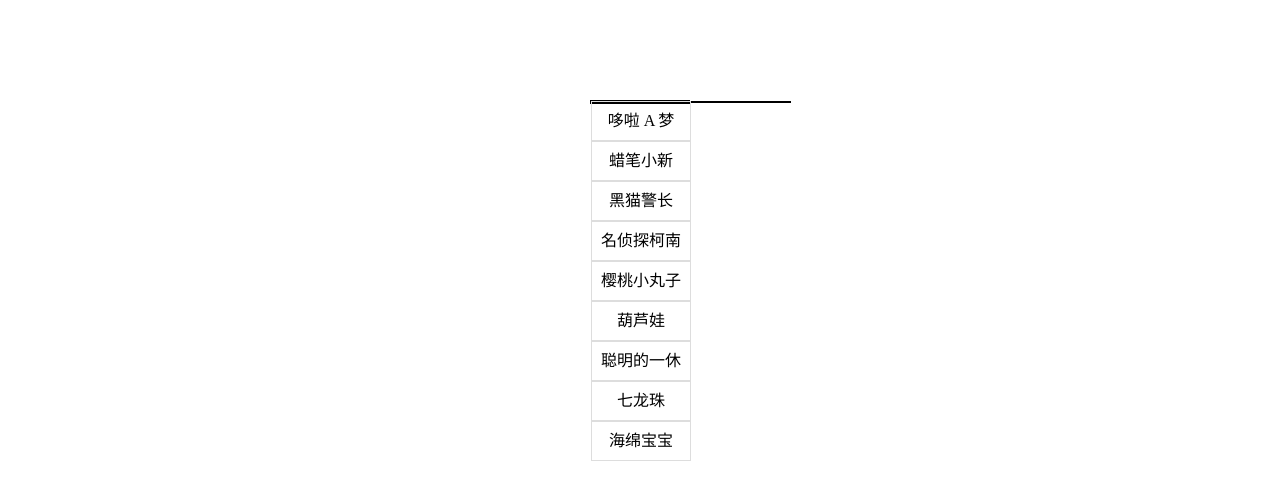
Repository: iccyyxx/StudyNotes
Page: JQuery/使用jQuery实现图片展示案例/index.html
The author's editor kept a copy of each file at every save. The page is drawn from the files as they stood at one save, then again after the next save.
The browser window is 1280 px wide. The pictures show the whole page.

Above is the page before, as saved 2021-08-29 18:00:23.

After the next save:
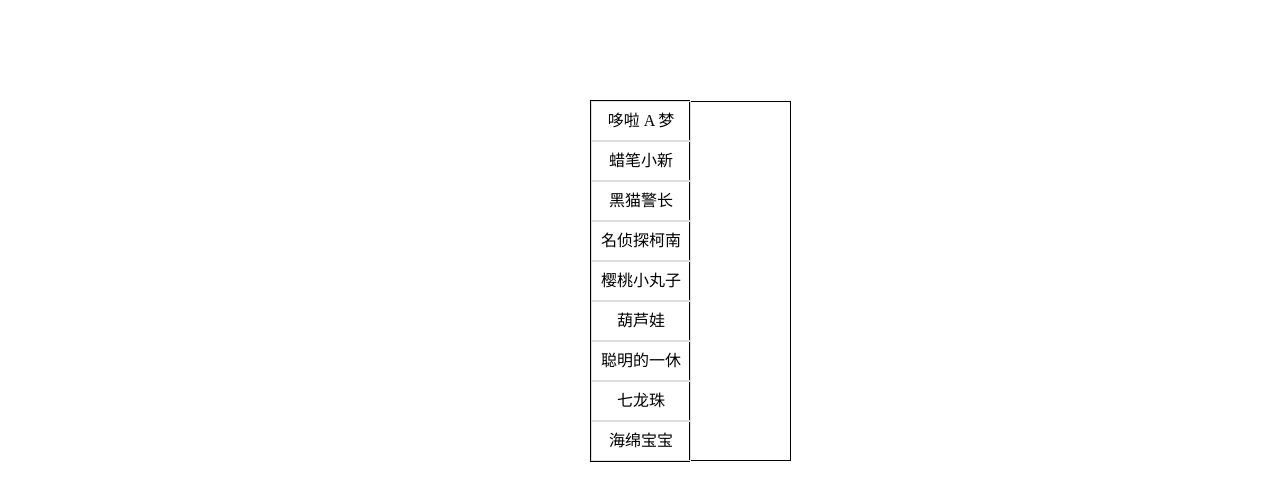
Saved 23 s later.
--- a/JQuery/使用jQuery实现图片展示案例/index.css
+++ b/JQuery/使用jQuery实现图片展示案例/index.css
@@ -35,5 +35,6 @@
 
 .right-image {
     width: 200px;
+    height: 360px;
     border: 1px solid black;
 }
